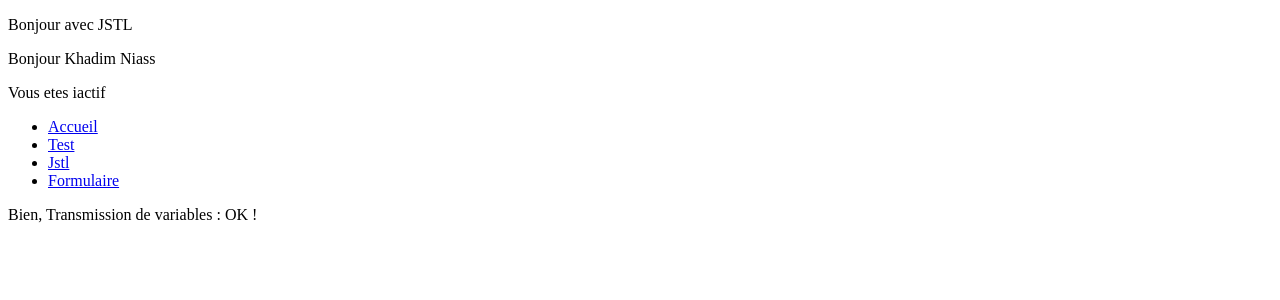
Repository: khadimniass/AppliTestJEE
Page: http://localhost/test/Test
An editor plug-in stored every save of this project. The page is shown before and after the next save, followed by the edit.
The browser window is 1280 px wide. The pictures show the whole page.
The page is served by Tomcat 9. Other server files are loaded and not shown.

Above is the page before, as saved 2020-07-11 12:13:57.

### test/WebContent/WEB-INF/bonjour.jsp
<%@ page language="java" contentType="text/html; charset=ISO-8859-1" pageEncoding="UTF-8"%>
<%@ taglib uri="http://java.sun.com/jsp/jstl/core" prefix="c" %>

<!DOCTYPE html>
<html>
	<head>
		<meta charset="ISO-8859-1">
		<title>Ma première page</title>
	</head>
   <body>
 	<p><c:out value="Bonjour avec JSTL"/></p>

		<p>
		Bonjour  ${auteur.prenom } ${auteur.nom }
		</p>
		<p>${auteur.actif ? 'Auteur Actif' : 'Vous etes iactif'}</p>



		<%@include file="menu.jsp" %>

		<p>
		    <%
            String attribut = (String) request.getAttribute("variable");
            out.println( attribut );
            %>
		</p>

   </body>
</html>

### test/WebContent/WEB-INF/menu.jsp
<ul>
	<li><a href="/test/Accueil">Accueil</a></li>
	<li><a href="/test/Test">Test</a></li>
	<li><a href="/test/Jstl">Jstl</a></li>
	<li><a href="/test/Formulaire">Formulaire</a></li>
</ul>

### test/src/com/octest/servelets/Test.java
package com.octest.servelets;

import java.io.IOException;

import javax.servlet.ServletException;
import javax.servlet.annotation.WebServlet;
import javax.servlet.http.HttpServlet;
import javax.servlet.http.HttpServletRequest;
import javax.servlet.http.HttpServletResponse;

import com.octest.beans.Auteur;


@WebServlet("/Test")
public class Test extends HttpServlet {
	private static final long serialVersionUID = 1L;

    public Test() {
        super();
        // TODO Auto-generated constructor stub
    }

	protected void doGet(HttpServletRequest request, HttpServletResponse response) throws ServletException, IOException {
		Auteur auteur = new Auteur();
		auteur.setNom("Niass");
		auteur.setPrenom("Khadim");
		auteur.setActif(false);

		request.setAttribute("auteur",auteur);

		String nameUser= request.getParameter("name");
		request.setAttribute("name", nameUser);

		String message = "Bien, Transmission de variables : OK !";
		request.setAttribute( "variable", message );

		this.getServletContext().getRequestDispatcher( "/WEB-INF/bonjour.jsp" ).forward( request, response );
	}

	protected void doPost(HttpServletRequest request, HttpServletResponse response) throws ServletException, IOException {
		// TODO Auto-generated method stub
	}

}

### test/src/com/octest/beans/Auteur.java
package com.octest.beans;

public class Auteur {
	private String nom;
	private String prenom;
	private boolean actif;
	public String getNom() {
		return nom;
	}
	public void setNom(String nom) {
		this.nom = nom;
	}
	public String getPrenom() {
		return prenom;
	}
	public void setPrenom(String prenom) {
		this.prenom = prenom;
	}
	public boolean isActif() {
		return actif;
	}
	public void setActif(boolean actif) {
		this.actif = actif;
	}


}

After the next save:
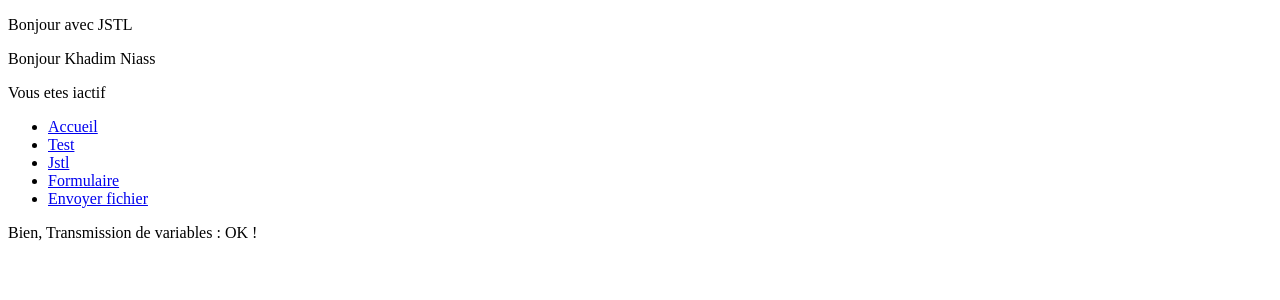
Saved 4 min 11 s later.
--- a/test/WebContent/WEB-INF/menu.jsp
+++ b/test/WebContent/WEB-INF/menu.jsp
@@ -3,4 +3,6 @@
 	<li><a href="/test/Test">Test</a></li>
 	<li><a href="/test/Jstl">Jstl</a></li>
 	<li><a href="/test/Formulaire">Formulaire</a></li>
+	<li><a href="/test/Formulaire">Envoyer fichier</a></li>
+
 </ul>
